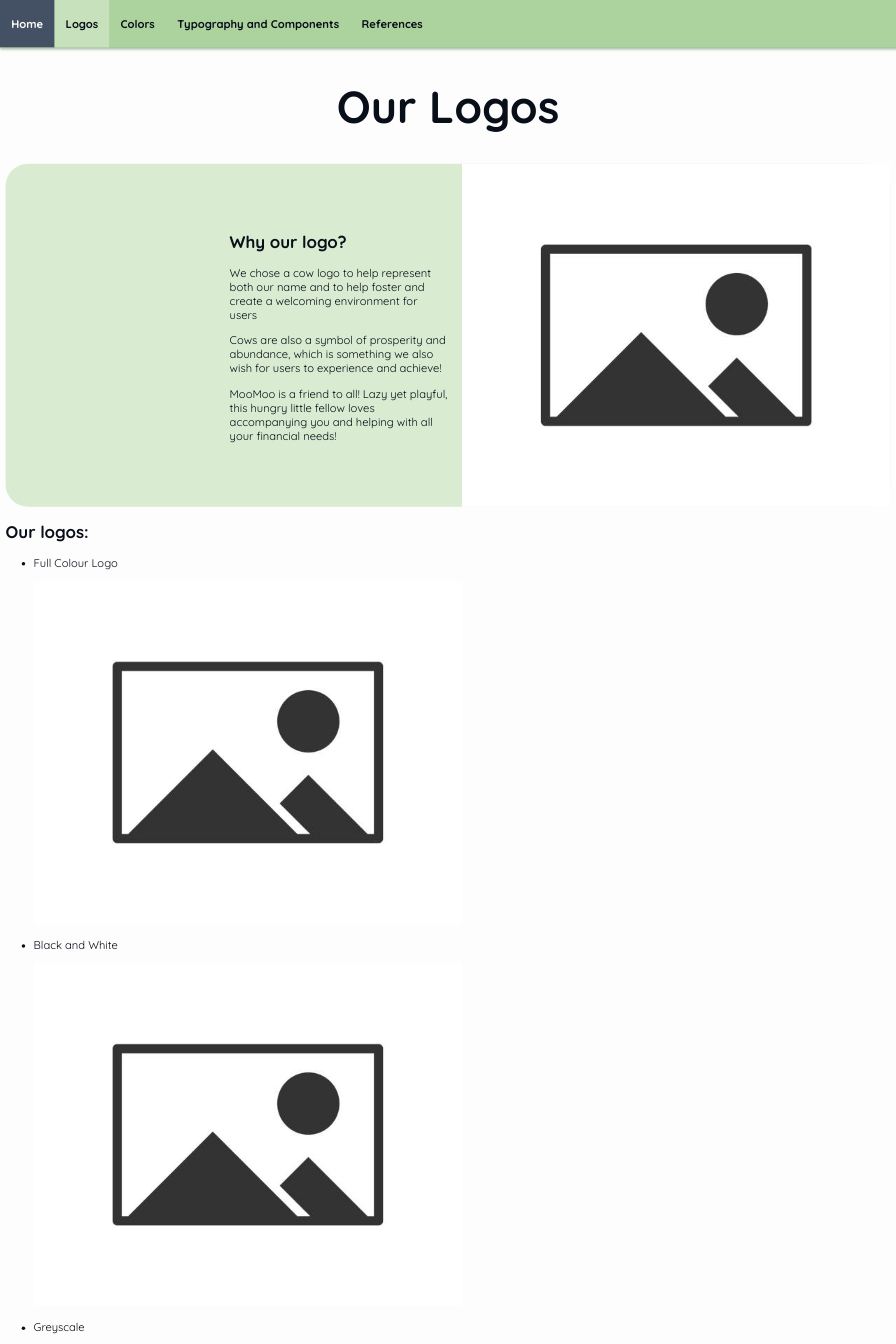
Repository: AlyssaHug/MoolahMate-A5Styleguide
Page: logos.html
The author's editor kept a copy of each file at every save. The page is drawn from the files as they stood at one save, then again after the next save.
The browser window is 1280 px wide. The pictures show the part of the page from y = 0 to 1920 px (the page is 10752 px tall), at 70% of full size.

Above is the page before, as saved 2025-03-31 09:54:07.

After the next save:
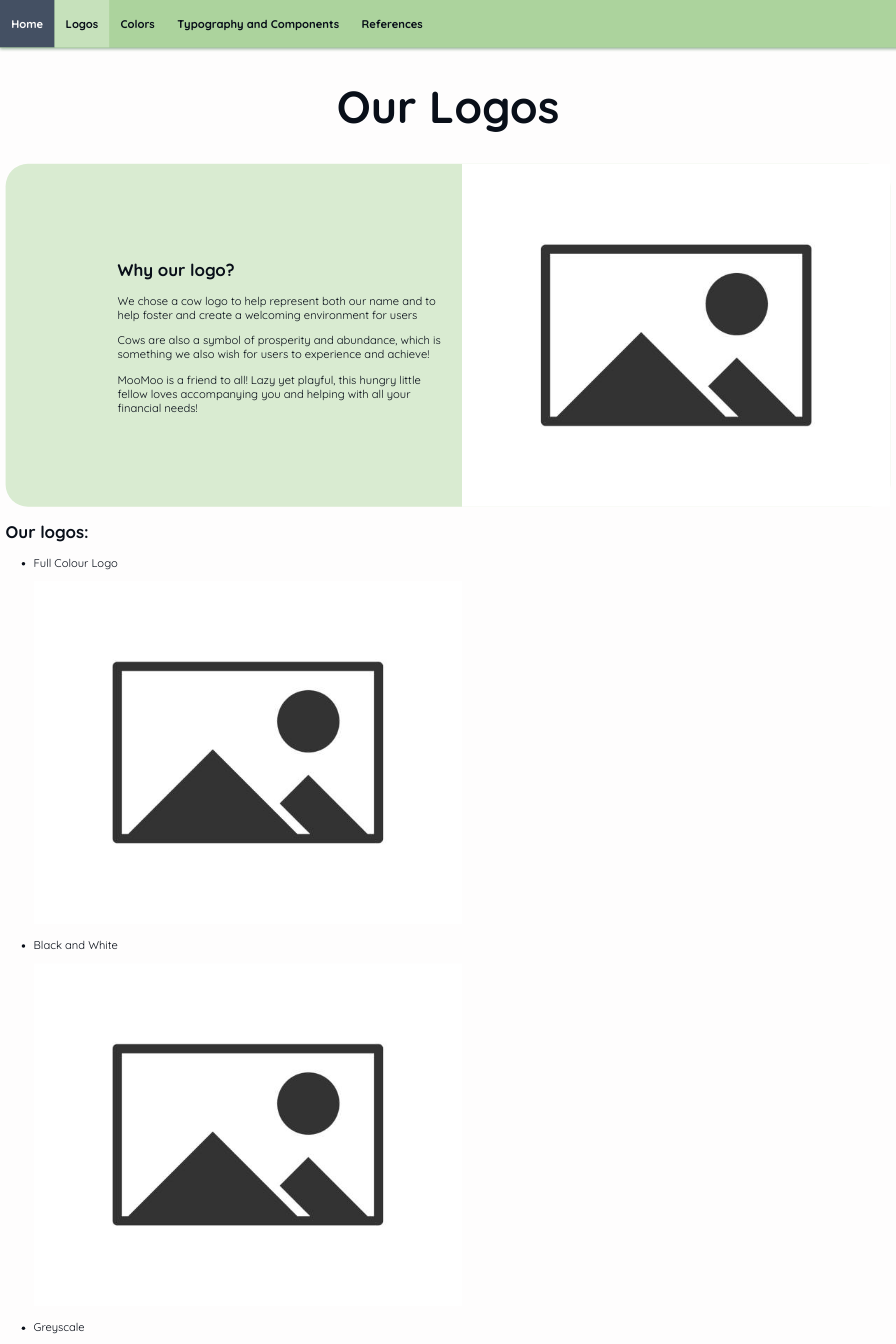
Saved 4 s later.
--- a/Logo-styles.css
+++ b/Logo-styles.css
@@ -16,5 +16,5 @@
 
 .rationale__why {
 flex: 1;
-margin-left: 20em;
+margin-left: 10em;
 }
